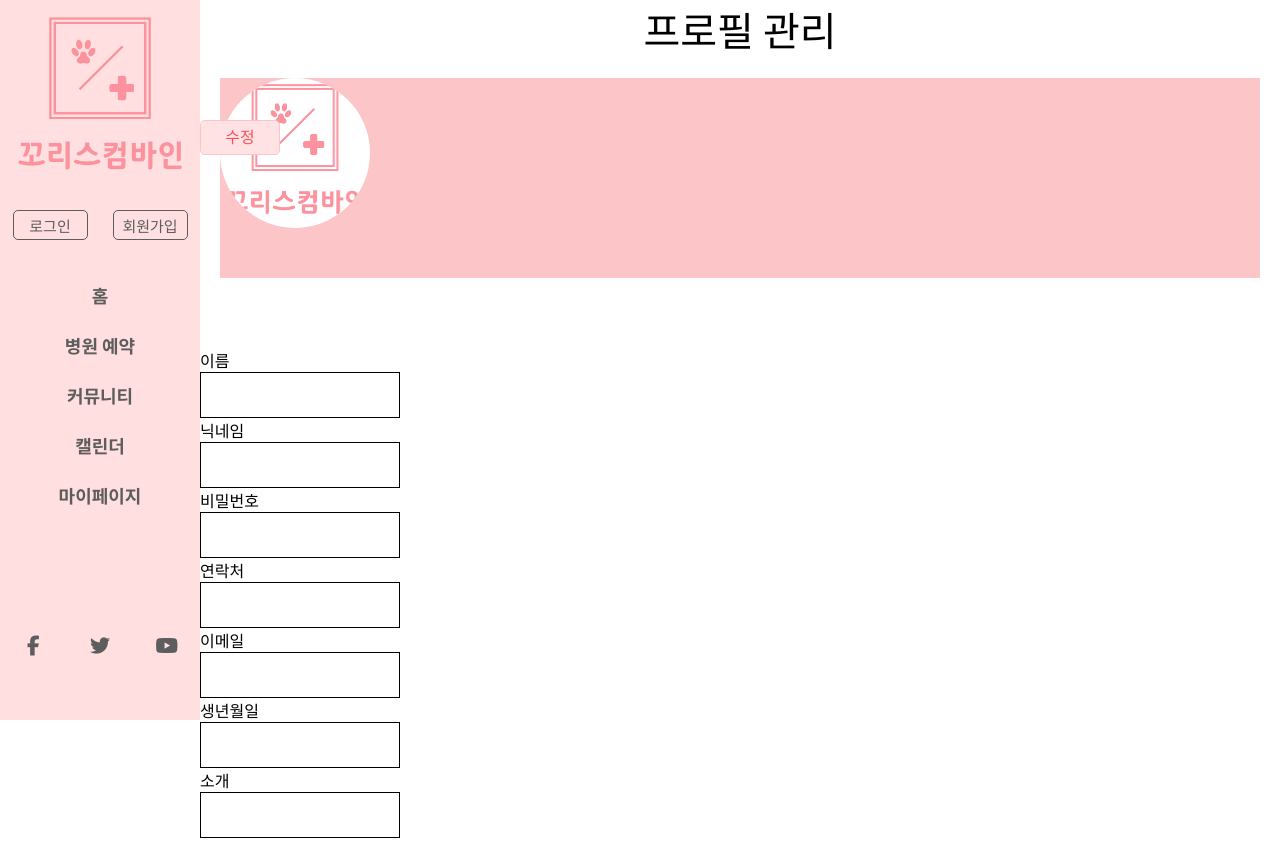
Repository: dodnam/kkoris
Page: http://localhost/1_kkoris/reservation2.jsp
These files come from the project's save history. The page is drawn as it stood at one moment and after the next save; the edit follows.
The browser window is 1280 px wide. The pictures show the whole page.
Some web libraries are served in a nearby version. The page is served by Tomcat 9.

Above is the page before, as saved 2020-02-18 00:20:24.

After the next save:
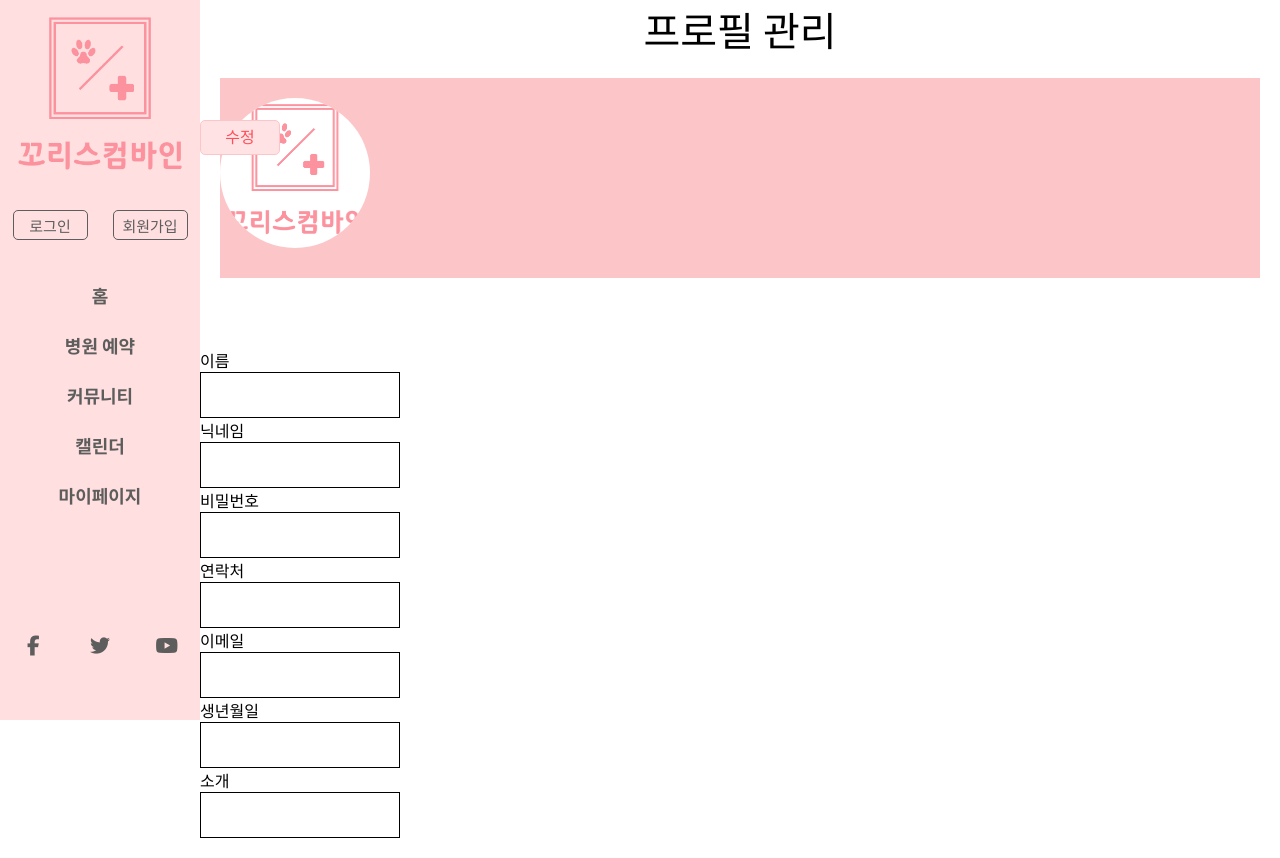
Saved 3 min 13 s later.
--- a/1_kkoris/WebContent/reservation2.jsp
+++ b/1_kkoris/WebContent/reservation2.jsp
@@ -9,7 +9,7 @@
 <link rel="stylesheet" type="text/css" href="<%= request.getContextPath() %>/css/layout.css"/>
 <style>
 	.box_con{left:20px; right:20px; height:200px; background-color:#fcc6c9; position:absolute;}
-	.box{width: 150px; height:150px; border-radius:70%; overflow:hidden; background-color:#fff;top:20px;}
+	.box{width: 150px; height:150px; border-radius:70%; overflow:hidden; background-color:#fff;margin-top:20px; }
 	.profile{width: 100%; height:100%; object-fit:cover; display:block; margin:0px auto;}
 	.userTitle{font-size:40px; text-align:center; top:30px;}
 	.submit{line-height: 30px; text-align: center; background-color: #ffe3e4; color:#ff4e59;border: 1px solid #fcc6c9; border-radius: 5px; width: 80px; height: 35px; position: absolute;left:50%;top:20px; outline:none;}
